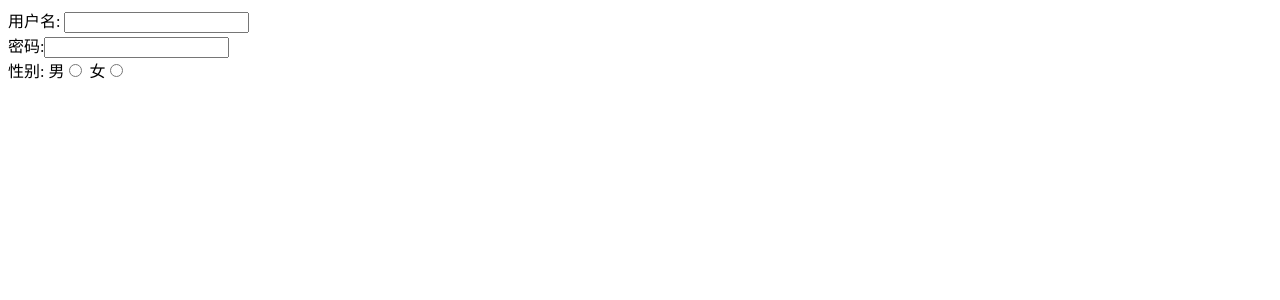
Repository: Qwenicq/My_project
Page: html/HTML_learning/4_list.html
An editor plug-in stored every save of this project. The page is shown before and after the next save, followed by the edit.
The browser window is 1280 px wide. The pictures show the whole page.

Above is the page before, as saved 2023-03-28 22:07:16.

### html/HTML_learning/4_list.html
<!DOCTYPE html>
<html lang="zh-CN">
<head>
    <meta charset="UTF-8">
    <meta http-equiv="X-UA-Compatible" content="IE=edge">
    <meta name="viewport" content="width=device-width, initial-scale=1.0">
    <title>Document</title>
</head>
<body>
    <form action="demo.php" method="post" name="name1">
        用户名: <input type="text"><br>
        <!-- 我是文本框 -->
        密码:<input type="password"><br>
        <!-- 我是密码框,用户看不到内容 -->
        性别: 男<input type="radio"> 女<input type="radio">
    </form>
</body>
</html>

After the next save:
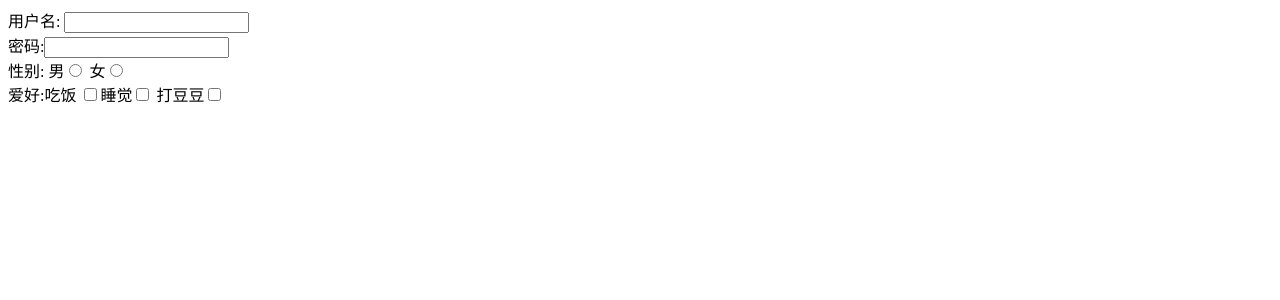
Saved 2 min 3 s later.
--- a/html/HTML_learning/4_list.html
+++ b/html/HTML_learning/4_list.html
@@ -12,7 +12,9 @@
         <!-- 我是文本框 -->
         密码:<input type="password"><br>
         <!-- 我是密码框,用户看不到内容 -->
-        性别: 男<input type="radio"> 女<input type="radio">
+        性别: 男<input type="radio"> 女<input type="radio"><br>
+        <!-- 我是单选按钮 -->
+        爱好:吃饭 <input type="checkbox">睡觉<input type="checkbox"> 打豆豆<input type="checkbox">
     </form>
 </body>
 </html>
